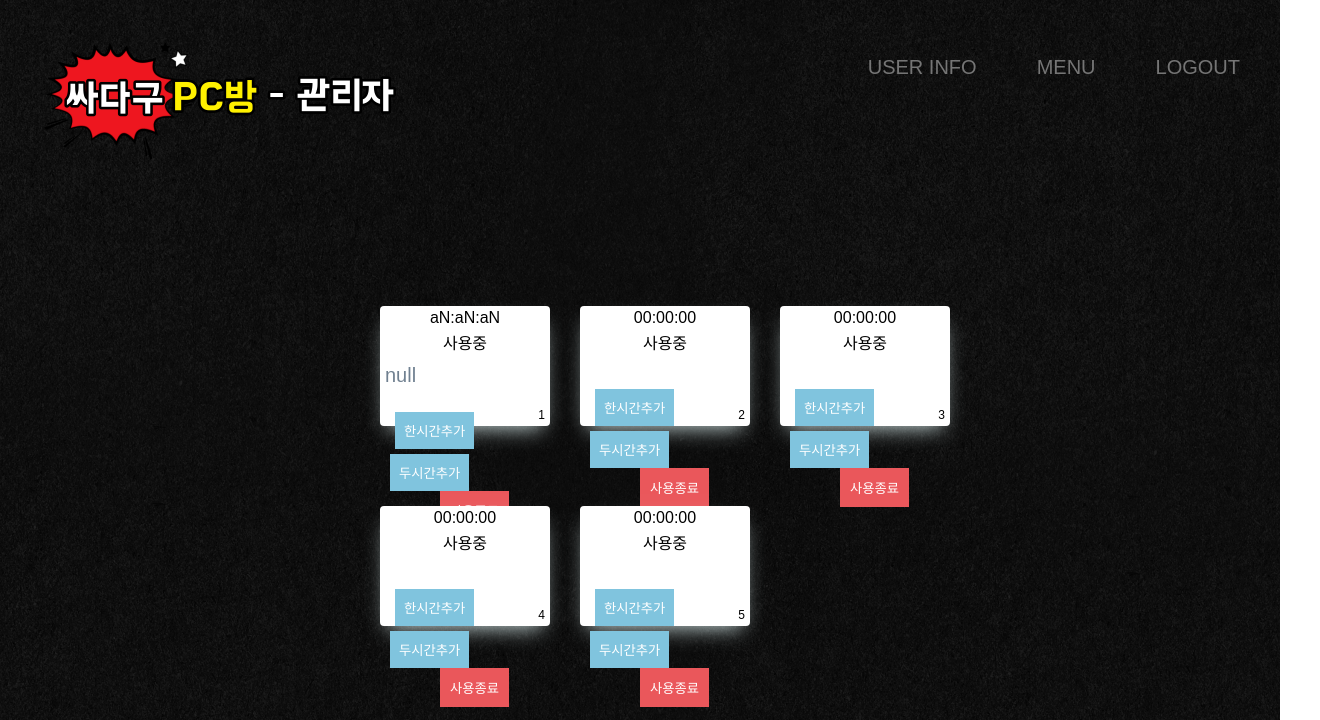
Repository: lkwoung/webProject-assignment
Page: http://localhost/CheapPC/seat/userSeat_Admin.jsp
These files come from the project's save history. The page is drawn as it stood at one moment and after the next save; the edit follows.
The browser window is 1280 px wide. The page is 1320 px wide, so the pictures cover 1320 px, including what lies to the right of the window. The pictures show the whole page.
Some web fonts or font styles are not loaded; a fallback is used. The page is served by Tomcat 9. Queries for data that is not in the repository find no rows.

Above is the page before, as saved 2020-12-17 14:13:39.

After the next save:
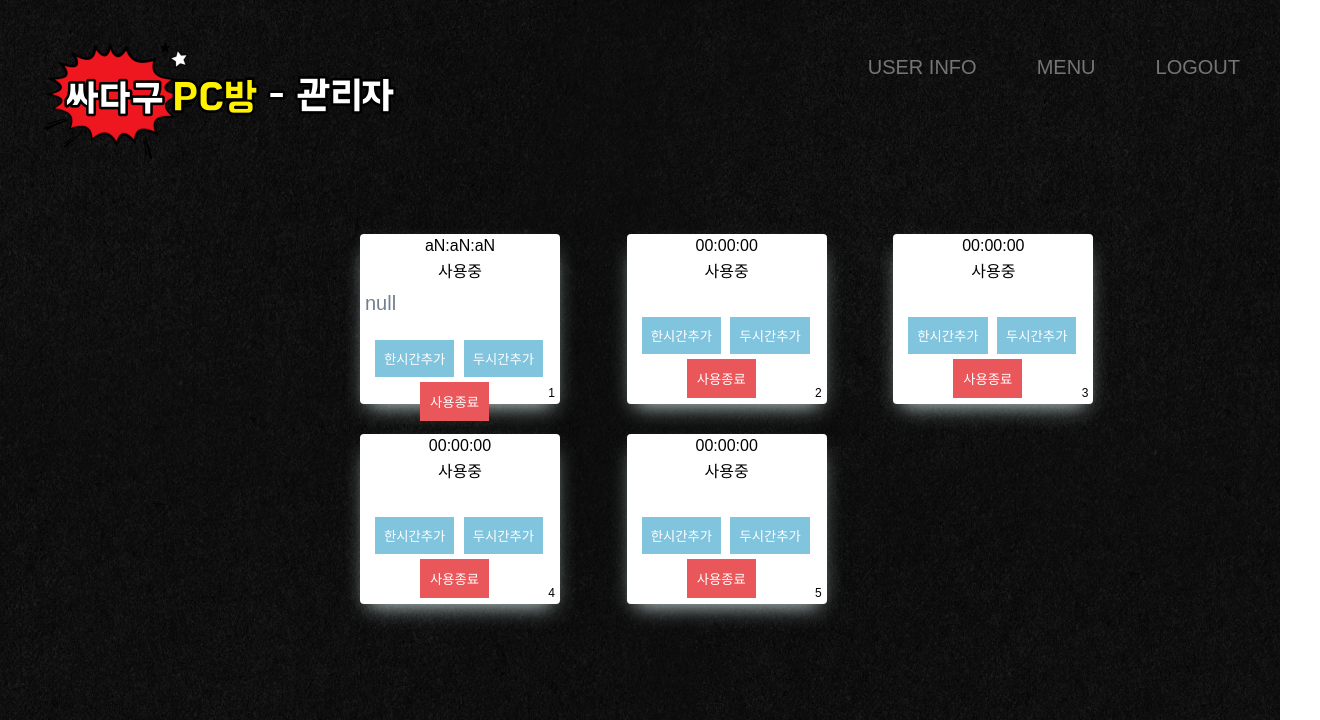
Saved 56 s later.
--- a/CheapPC/WebContent/css/manageView.css
+++ b/CheapPC/WebContent/css/manageView.css
@@ -210,9 +210,12 @@ Resources
 #app-cover
 {
     display: table;
-    width: 600px;
+    width: 800px;
     margin: 80px auto;
     counter-reset: button-counter;
+    position: absolute;
+    left:25%;
+    top:-5%
 }
 
 .row
@@ -232,8 +235,8 @@ Resources
 
 .button-cover
 {
-    height: 100px;
-    width: 150px;
+    height: 150px;
+    width: 180px;
     margin: 40px;
     padding: 10px;
     background-color: #fff;
